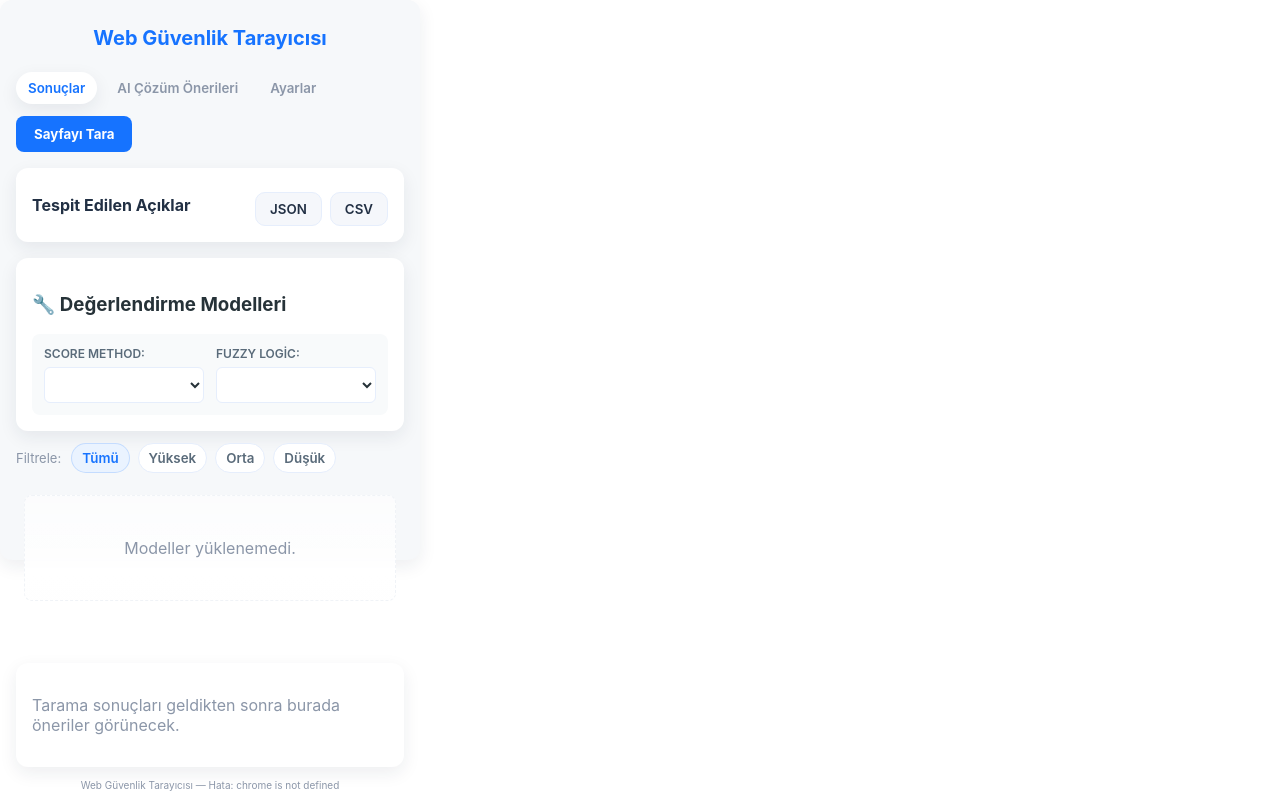
Repository: seliinduru/chrome-vuln-scanner
Page: popup.html
The author's editor kept a copy of each file at every save. The page is drawn from the files as they stood at one save, then again after the next save.
The browser window is 1280 px wide. The pictures show the whole page.

Above is the page before, as saved 2025-11-05 18:39:10.

### popup.html
<!doctype html>
<html lang="tr">
<head>
  <meta charset="utf-8" />
  <title>Web Güvenlik Tarayıcısı</title>
  <link rel="stylesheet" href="styles.css">
</head>
<body>
  <div class="modal">
    <header class="modal-header">
      <h1>Web Güvenlik Tarayıcısı</h1>
    </header>

    <nav class="tabs">
      <button class="tab active" data-tab="results">Sonuçlar</button>
      <button class="tab" data-tab="ai">AI Çözüm Önerileri</button>
      <button class="tab" data-tab="settings">Ayarlar</button>
    </nav>

    <!-- === SONUÇLAR SEKMESİ İÇERİĞİ === -->
    <section id="results" class="tab-content active">
      <div class="controls">
        <button id="scanBtn" class="primary">Sayfayı Tara</button>
      </div>
      <div class="card">
        <div class="card-title">
          <h2>Tespit Edilen Açıklar</h2>
          <div class="export-buttons">
            <button id="exportJson" title="JSON">JSON</button>
            <button id="exportCsv" title="CSV">CSV</button>
          </div>
        </div>
      </div>
      <div class="card">
        <h3>🔧 Değerlendirme Modelleri</h3>
        <div class="model-selector">
          <div class="model-group">
            <label>Score Method:</label>
            <select id="scoreMethodSelect"></select>
          </div>
          <div class="model-group">
            <label>Fuzzy Logic:</label>
            <select id="fuzzyLogicSelect"></select>
          </div>
        </div>
      </div>
      <div class="filters">
        <span>Filtrele:</span>
        <div class="filter-buttons">
          <button class="filter active" data-sev="all">Tümü</button>
          <button class="filter" data-sev="high">Yüksek</button>
          <button class="filter" data-sev="medium">Orta</button>
          <button class="filter" data-sev="low">Düşük</button>
        </div>
      </div>
      <div id="vulnList" class="vuln-list empty">
        <div class="empty-state">
          <p>Henüz tarama yapılmadı.</p>
        </div>
      </div>
    </section>

    <!-- === AI ÇÖZÜM ÖNERİLERİ SEKMESİ İÇERİĞİ === -->
    <section id="ai" class="tab-content">
      <div class="card">
        <div id="aiSuggestions">
          <p class="muted">Tarama sonuçları geldikten sonra burada öneriler görünecek.</p>
        </div>
      </div>
    </section>

    <footer class="modal-footer">
      <small>Web Güvenlik Tarayıcısı — <span id="statusText">Hazır</span></small>
    </footer>
  </div>
  <script src="popup.js"></script>
</body>
</html>

### styles.css
/* styles.css - popup görünümü */
:root{
  --bg:#f6f8fa;
  --card:#ffffff;
  --accent:#1673ff;
  --muted:#8b96a8;
  --radius:10px;
  --shadow: 0 6px 18px rgba(23,35,60,0.08);
  --pill-border: #e6eefc;
  --transition: all 0.3s ease;
}

*{box-sizing:border-box;font-family:Inter, "Segoe UI", Roboto, Arial, sans-serif;}
body{
  margin:0;
  background:transparent;
  color:#263238;
  width:420px;
  height:560px;
}

.modal{
  background:var(--bg);
  border-radius:12px;
  padding:16px;
  box-shadow:var(--shadow);
  height:100%;
}

.modal-header{
  position: relative;
  padding-top: 10px;
  padding-bottom: 10px;
}
.modal-header h1{
  margin:0;
  color:var(--accent);
  font-size:20px;
  text-align:center;
  font-weight:700;
}

.tabs{
  display:flex;
  gap:8px;
  margin-top:12px;
  align-items:center;
  justify-content:flex-start;
}

.tab{
  background:transparent;
  border:0;
  padding:8px 12px;
  border-radius:20px;
  cursor:pointer;
  color:var(--muted);
  font-weight:600;
  transition: var(--transition);
}
.tab.active{
  background:#fff;
  color:var(--accent);
  box-shadow: var(--shadow);
}

.controls{
  display:flex;
  gap:10px;
  margin-top:12px;
  align-items:center;
}

button.primary{
  background:var(--accent);
  color:#fff;
  border:0;
  padding:10px 18px;
  border-radius:8px;
  cursor:pointer;
  font-weight:700;
  transition: var(--transition);
}
button.primary:hover{ background: #125cdb; }

button.secondary{
  background:#eef3f9;
  color:#333;
  border:0;
  padding:10px 18px;
  border-radius:8px;
  cursor:pointer;
  transition: var(--transition);
}
button.secondary:hover{ background: #e0e6f0; }

.card{
  background:var(--card);
  border-radius:12px;
  padding:16px;
  margin-top:16px;
  box-shadow: var(--shadow);
}

.card-title{
  display:flex;
  align-items:center;
  justify-content:space-between;
  gap:8px;
}
.card-title h2{ margin:0; font-size:16px; color:#223044;}

.filters{
  display:flex;
  gap:10px;
  align-items:center;
  margin-top:12px;
  color:var(--muted);
  font-size:13px;
}
.filter-buttons{ display:flex; gap:8px; }
.filter{
  border:1px solid var(--pill-border);
  background:#fff;
  padding:6px 10px;
  border-radius:18px;
  cursor:pointer;
  font-weight:600;
  color:#5a6b7a;
  transition: var(--transition);
}
.filter.active{
  background:#eaf3ff;
  color:var(--accent);
  border-color: rgba(22,115,255,0.18);
}
.filter:not(.active):hover{ background: #f8fafb; }


/* vulnerabilities list */
.vuln-list{
  margin-top:14px;
  min-height:160px;
  max-height:300px;
  overflow:auto;
  padding:8px;
}
.empty-state{
  border:1px dashed #f0f3f7;
  border-radius:8px;
  padding:26px;
  text-align:center;
  color:var(--muted);
  background:linear-gradient(180deg, rgba(255,255,255,0.6), #fff);
}

.vuln-items{ display:flex; flex-direction:column; gap:10px; padding:4px; }
.vuln-item{
  background:#fbfdff;
  border-radius:10px;
  padding:10px;
  border:1px solid #f0f4fb;
  box-shadow: 0 2px 8px rgba(34,50,80,0.03);
  position:relative;
}
.vuln-title{ font-weight:700; margin-top:6px; color:#142231; }
.vuln-details{ margin-top:6px; color:#425563; font-size:13px; white-space:pre-wrap; }
.vuln-meta{ margin-top:8px; color:#7b8b98; font-size:12px; }

.sev{
  position:absolute;
  right:10px;
  top:10px;
  padding:4px 8px;
  border-radius:12px;
  font-weight:700;
  font-size:12px;
}
.sev.critical, .sev.high{ background:#fff5f6; color:#b00020; border:1px solid #ffd6da; }
.sev.medium{ background:#fff8ec; color:#b36b00; border:1px solid #ffe6b7; }
.sev.low{ background:#f6fff3; color:#1b7a2f; border:1px solid #d7f7d7; }

.evidence-btn{
  margin-top:8px;
  border:0;
  background:#eef3ff;
  padding:6px 8px;
  border-radius:8px;
  cursor:pointer;
  font-weight:700;
  color:var(--accent);
  transition: var(--transition);
}
.evidence-btn:hover { background: #dce7ff; }

.evidence-panel{
  display:none;
  margin-top:8px;
  padding:10px;
  border-radius:8px;
  background:#f1f4f8; /* Arka plan rengi düzeltildi */
  white-space:pre-wrap;
  max-height:160px;
  overflow:auto;
  font-family: monospace;
  font-size: 12px;
}
.evidence-panel.visible{ display:block; }

.modal-footer{
  margin-top:auto;
  text-align:center;
  color:var(--muted);
  font-size:12px;
  padding: 10px 0 0;
}

/* Ayarlar Sayfası Stilleri */
.back-button {
  position: absolute;
  top: 40px;
  left: 16px;
  background: transparent;
  border: none;
  color: var(--accent);
  cursor: pointer;
  font-weight: 600;
  padding: 5px 10px;
  border-radius: 4px;
  z-index: 10;
  transition: var(--transition);
}

.back-button:hover {
  background: rgba(22, 115, 255, 0.1);
}

.settings-container {
  display: flex;
  flex-direction: column;
  gap: 16px;
  padding: 10px 0;
  overflow-y: auto;
  max-height: calc(100% - 120px);
}

.settings-section {
  margin-bottom: 20px;
  padding: 0 15px;
}

.settings-section h3 {
  font-size: 16px;
  margin-bottom: 10px;
  color: #333;
}

.filter-options {
  display: flex;
  flex-direction: column;
  gap: 10px;
}

.filter-options label {
  display: flex;
  align-items: center;
  gap: 8px;
  cursor: pointer;
}

.filter-options input[type="checkbox"] {
  width: 18px;
  height: 18px;
  accent-color: var(--accent);
}

.settings-actions {
  display: flex;
  justify-content: center;
  gap: 10px;
  margin-top: 10px;
  padding: 0 15px 15px;
}

.settings-actions button {
  padding: 8px 16px;
  border-radius: 6px;
  cursor: pointer;
  transition: var(--transition);
}

#resetSettingsBtn {
  background: transparent;
  border: 1px solid var(--muted);
  color: var(--muted);
}

#resetSettingsBtn:hover {
  background: rgba(139, 150, 168, 0.1);
}
.muted{ color:var(--muted); }
.small{ font-size:12px; }

/* === Rapor formatı seçimi (JSON / CSV) === */
.export-text {
  margin-top: 8px;
  font-size: 13px;
  color: var(--muted);
  font-weight: 500;
}

.export-buttons {
  display: flex;
  gap: 8px;
  margin-top: 8px;
}

.export-buttons button {
  background: #f5f7fb;
  border: 1px solid var(--pill-border);
  padding: 8px 14px;
  border-radius: var(--radius);
  cursor: pointer;
  font-weight: 600;
  color: #223044;
  transition: all 0.2s ease;
}

/* Hover durumları */
.export-buttons button:hover {
  background: var(--accent);
  color: #fff;
  border-color: var(--accent);
  transform: translateY(-1px);
}

/* JSON ve CSV için özel renk varyasyonu (isteğe bağlı) */
#exportJson:hover {
  background: #2563eb;
}

#exportCsv:hover {
  background: #10b981;
}

/* ===== HIBRIT SONUÇLAR PANELİ ===== */
.hybrid-results-panel {
  margin-top: 12px;
  padding-top: 12px;
  border-top: 1px solid #e8ecf1;
}

.hybrid-panel-title {
  font-size: 13px;
  font-weight: 600;
  color: #263238;
  margin-bottom: 8px;
}

.hybrid-grid {
  display: grid;
  grid-template-columns: repeat(2, 1fr);
  gap: 8px;
}

.hybrid-cell {
  background: #f8fafb;
  border: 1px solid #e6eefc;
  border-radius: 8px;
  padding: 8px;
  text-align: center;
  transition: all 0.2s ease;
}

.hybrid-cell:hover {
  background: #eef3ff;
  border-color: var(--accent);
  box-shadow: 0 2px 6px rgba(22, 115, 255, 0.1);
}

.cell-header {
  font-size: 11px;
  font-weight: 700;
  color: #5a6b7a;
  margin-bottom: 6px;
  text-transform: uppercase;
}

.cell-result {
  display: flex;
  flex-direction: column;
  gap: 3px;
}

.result-label {
  font-size: 12px;
  font-weight: 600;
}

.result-score {
  font-size: 13px;
  font-weight: 700;
}

.hybrid-cell.critical .result-label,
.hybrid-cell.critical .result-score { color: #b00020; }
.hybrid-cell.critical {
  background: #fff5f6;
  border-color: #ffd6da;
}

.hybrid-cell.high .result-label,
.hybrid-cell.high .result-score { color: #b36b00; }
.hybrid-cell.high {
  background: #fff8ec;
  border-color: #ffe6b7;
}

.hybrid-cell.medium .result-label,
.hybrid-cell.medium .result-score { color: #1b7a2f; }
.hybrid-cell.medium {
  background: #f6fff3;
  border-color: #d7f7d7;
}

/* ===== MODEL SEÇİCİ =====  */
.model-selector {
  display: grid;
  grid-template-columns: 1fr 1fr;
  gap: 12px;
  padding: 12px;
  background: #f8fafb;
  border-radius: 8px;
}

.model-group {
  display: flex;
  flex-direction: column;
  gap: 6px;
}

.model-group label {
  font-size: 12px;
  font-weight: 600;
  color: #5a6b7a;
  text-transform: uppercase;
}

.model-group select {
  padding: 8px;
  border: 1px solid #e6eefc;
  border-radius: 6px;
  background: #fff;
  color: #263238;
  font-weight: 500;
  cursor: pointer;
  transition: all 0.2s ease;
}

.model-group select:hover {
  border-color: var(--accent);
  background: #eef3ff;
}

.model-group select:focus {
  outline: none;
  border-color: var(--accent);
  box-shadow: 0 0 0 3px rgba(22, 115, 255, 0.1);
}

/* ===== SEÇİLİ MODEL SONUÇLARI ===== */
.hybrid-results-container {
  padding: 12px;
  background: #f8fafb;
  border-radius: 8px;
  border: 1px solid #e6eefc;
}

.hybrid-result-card {
  padding: 16px;
  border-radius: 8px;
  display: flex;
  align-items: center;
  gap: 16px;
  border-left: 4px solid;
}

.hybrid-result-card.critical {
  background: #fff5f6;
  border-left-color: #b00020;
}

.hybrid-result-card.high {
  background: #fff8ec;
  border-left-color: #b36b00;
}

.hybrid-result-card.medium {
  background: #f6fff3;
  border-left-color: #1b7a2f;
}

.result-main {
  display: flex;
  flex-direction: column;
  gap: 4px;
  flex: 1;
}

.result-model {
  font-size: 11px;
  font-weight: 700;
  text-transform: uppercase;
  color: #7b8b98;
}

.result-label {
  font-size: 16px;
  font-weight: 700;
}

.result-score {
  font-size: 18px;
  font-weight: 700;
}

.hybrid-result-card.critical .result-label,
.hybrid-result-card.critical .result-score { color: #b00020; }

.hybrid-result-card.high .result-label,
.hybrid-result-card.high .result-score { color: #b36b00; }

.hybrid-result-card.medium .result-label,
.hybrid-result-card.medium .result-score { color: #1b7a2f; }

Loaded but not shown: popup.js (234 lines, source omitted)

After the next save:
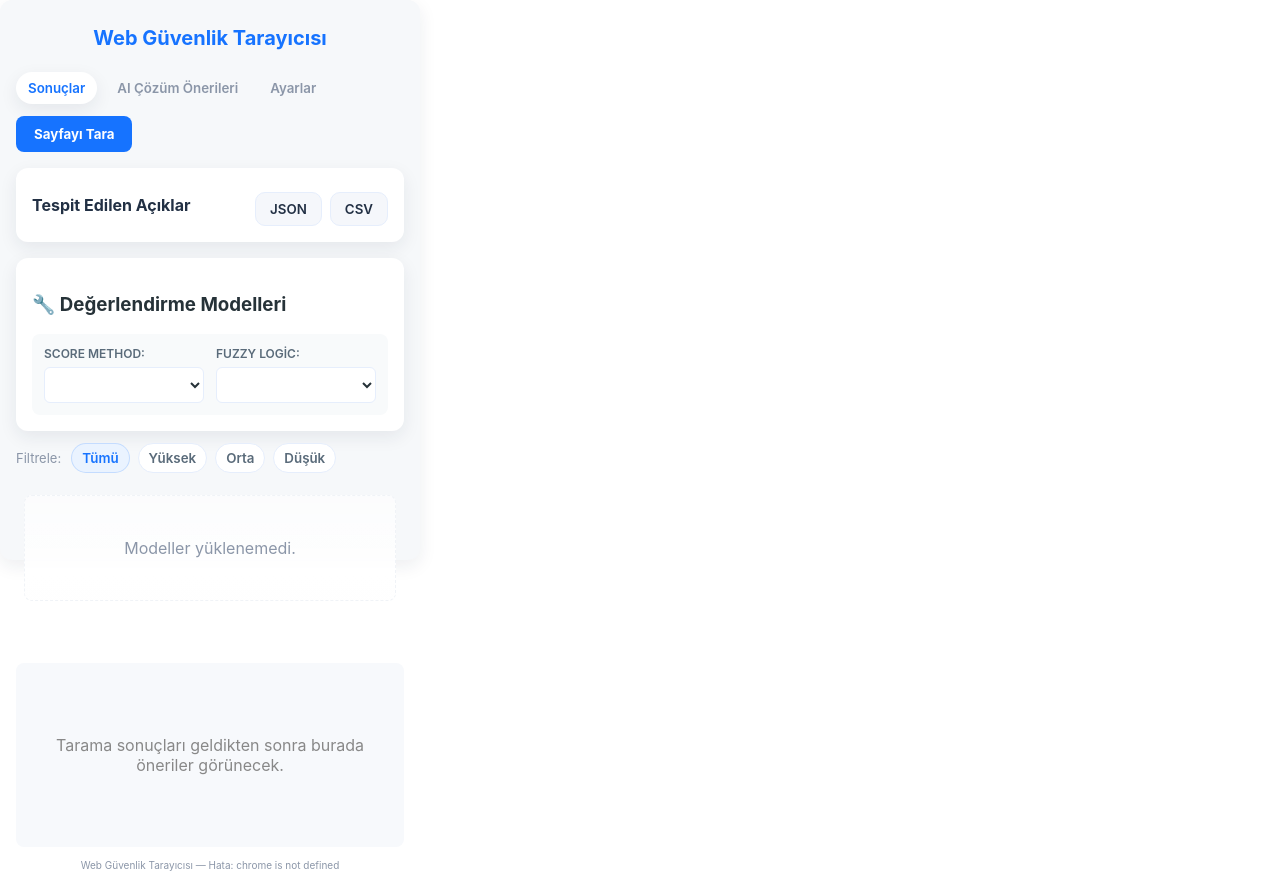
Saved 3 min 43 s later.
--- a/styles.css
+++ b/styles.css
@@ -532,3 +532,74 @@ button.secondary:hover{ background: #e0e6f0; }
 
 .hybrid-result-card.medium .result-label,
 .hybrid-result-card.medium .result-score { color: #1b7a2f; }
+
+/* ============================================= */
+/* === AI ÇÖZÜM ÖNERİLERİ SEKMESİ ÖZEL STİLLERİ === */
+/* ============================================= */
+
+/* Ana AI sekmesi konteynerine farklı bir arkaplan ve dolgu verelim */
+#ai.tab-content {
+  background-color: #f7f9fc; /* Hafif mavi/gri bir arkaplan */
+  padding: 16px;
+  border-radius: 8px;
+  margin-top: 16px; /* Üstteki sekmelerden biraz boşluk bırak */
+}
+
+/* AI sekmesi içindeki varsayılan kart stilini kaldıralım */
+#ai .card {
+  background: none;
+  border: none;
+  box-shadow: none;
+  padding: 0;
+}
+
+/* AI sekmesi içindeki ana başlığı ortalayalım ve daha belirgin yapalım */
+#ai h3 {
+  text-align: center;
+  color: #2c3e50;
+  font-size: 18px;
+  margin-bottom: 24px;
+}
+
+/* Her bir öneri kartını (advice) daha belirgin hale getirelim */
+.ai-advice {
+  background-color: #ffffff; /* Beyaz arkaplan */
+  border-left: 4px solid #3498db; /* Sol tarafta mavi bir vurgu çizgisi */
+  padding: 16px;
+  margin-bottom: 12px;
+  border-radius: 6px;
+  box-shadow: 0 2px 8px rgba(0, 0, 0, 0.07); /* Hafif bir gölge */
+  transition: transform 0.2s ease-in-out;
+}
+
+.ai-advice:hover {
+  transform: translateY(-2px); /* Üzerine gelince hafifçe yukarı kalksın */
+}
+
+/* Öneri kartlarının içindeki başlıklar */
+.ai-advice h4 {
+  margin: 0 0 8px 0;
+  font-size: 15px;
+  color: #34495e;
+}
+
+/* Öneri kartlarının içindeki metinler */
+.ai-advice p {
+  margin: 0;
+  font-size: 14px;
+  line-height: 1.6;
+  color: #555;
+}
+
+/* Öneri metni içindeki 'strong' etiketlerini vurgulayalım */
+.ai-advice strong {
+  color: #2980b9;
+  font-weight: 600;
+}
+
+/* AI sekmesindeki "muted" (sessiz) metinleri ortalayalım */
+#ai .muted {
+  text-align: center;
+  padding: 40px 0;
+  color: #888;
+}
